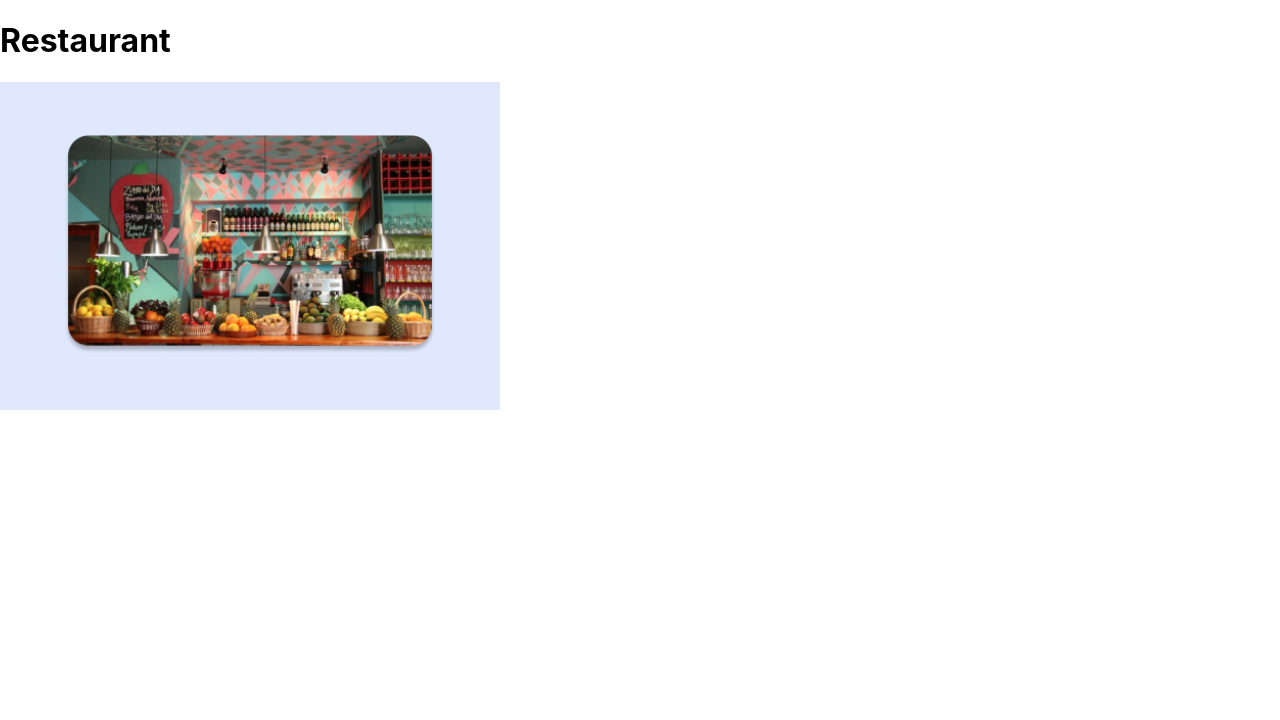
Repository: Kinakopan/design_mindfulEating_site
Page: /restaurant (app in firstapp/)
An editor plug-in stored every save of this project. The page is shown before and after the next save, followed by the edit.
The browser window is 1280 px wide. The pictures show the whole page.
The project was rebuilt for these pictures with package versions that can differ from the ones it lists, and the page was loaded fresh each time. The framework's server and built-in components were replaced by stand-ins that run in the browser. Also part of the build but not shown: firstapp/next.config.js.

Above is the page before, as saved 2022-04-19 22:04:34.

### firstapp/pages/restaurant.js
import ImgCard from "../comps/ImgCard";
import RestaurantCard from "../comps/restaurantCard";

export default function Restaurant(){

    return (
    <div>
        <h1>Restaurant</h1>

        <ImgCard
        img="/restaurant.png"
        bg="#E0E8FD"/>


    <main>
        <RestaurantCard></RestaurantCard>





    </main>
    </div>

    )
}

### firstapp/comps/ImgCard.js
import { Children } from 'react';
import styled from 'styled-components';

const CardCont = styled.div`
    background-color: ${props=>props.cl};
    color: ${props=>props.text_cl};
    width: 500px;
    padding: 1em 3em 1em 3em;
    border-radius: ${props=>props.border_radius}
`;

const DispImage = styled.img`
    width: 100%;
    padding: 1em;
`;

const List = styled.div`
    text-align: right;
`;

export default function ImgCard({
    img="/food1.png",
    bg="#E0E8FD",
    tcl="#08213E",
    title="",
    txt="",
    bor="",
    n1,n2,n3,n4="",
    Children=null

}){

    return <CardCont cl={bg} text_cl={tcl} border_radius={bor}>
        <h1>{title}</h1>
        <DispImage src={img}/>
        <List>
            <h2>{n1}</h2>
            <h2>{n2}</h2>
            <h2>{n3}</h2>
            <h2>{n4}</h2>
        </List>
        <p>{txt}</p>
        {Children}

    </CardCont>
}

### firstapp/comps/RestaurantCard.js
import { Children } from 'react';
import styled from 'styled-components';


export default function RestaurantCard({
    img="/veg out.png",
    bg="white",


}){


}

Loaded but not shown: firstapp/pages/_app.js (common file); firstapp/styles/globals.css (common file)

After the next save:
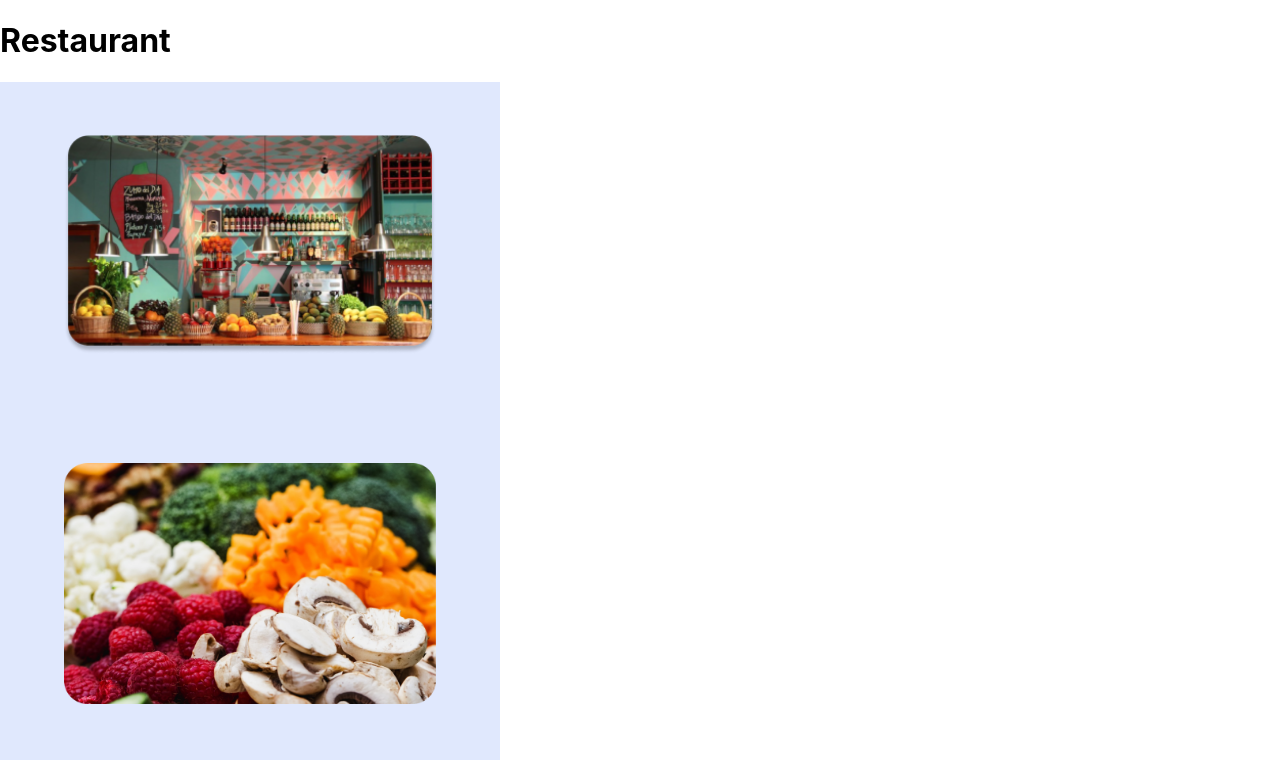
Saved 2 min 51 s later.
--- a/firstapp/comps/RestaurantCard.js
+++ b/firstapp/comps/RestaurantCard.js
@@ -1,13 +1,46 @@
 import { Children } from 'react';
 import styled from 'styled-components';
 
+const CardCont = styled.div`
+    background-color: ${props=>props.cl};
+    color: ${props=>props.text_cl};
+    width: 500px;
+    padding: 1em 3em 1em 3em;
+    border-radius: ${props=>props.border_radius}
+`;
 
-export default function RestaurantCard({
-    img="/veg out.png",
-    bg="white",
+const DispImage = styled.img`
+    width: 100%;
+    padding: 1em;
+`;
 
+const List = styled.div`
+    text-align: right;
+`;
+
+export default function ImgCard({
+    img="/food1.png",
+    bg="#E0E8FD",
+    tcl="#08213E",
+    title="",
+    txt="",
+    bor="",
+    n1,n2,n3,n4="",
+    Children=null
 
 }){
 
+    return <CardCont cl={bg} text_cl={tcl} border_radius={bor}>
+        <h1>{title}</h1>
+        <DispImage src={img}/>
+        <List>
+            <h2>{n1}</h2>
+            <h2>{n2}</h2>
+            <h2>{n3}</h2>
+            <h2>{n4}</h2>
+        </List>
+        <p>{txt}</p>
+        {Children}
 
+    </CardCont>
 }
